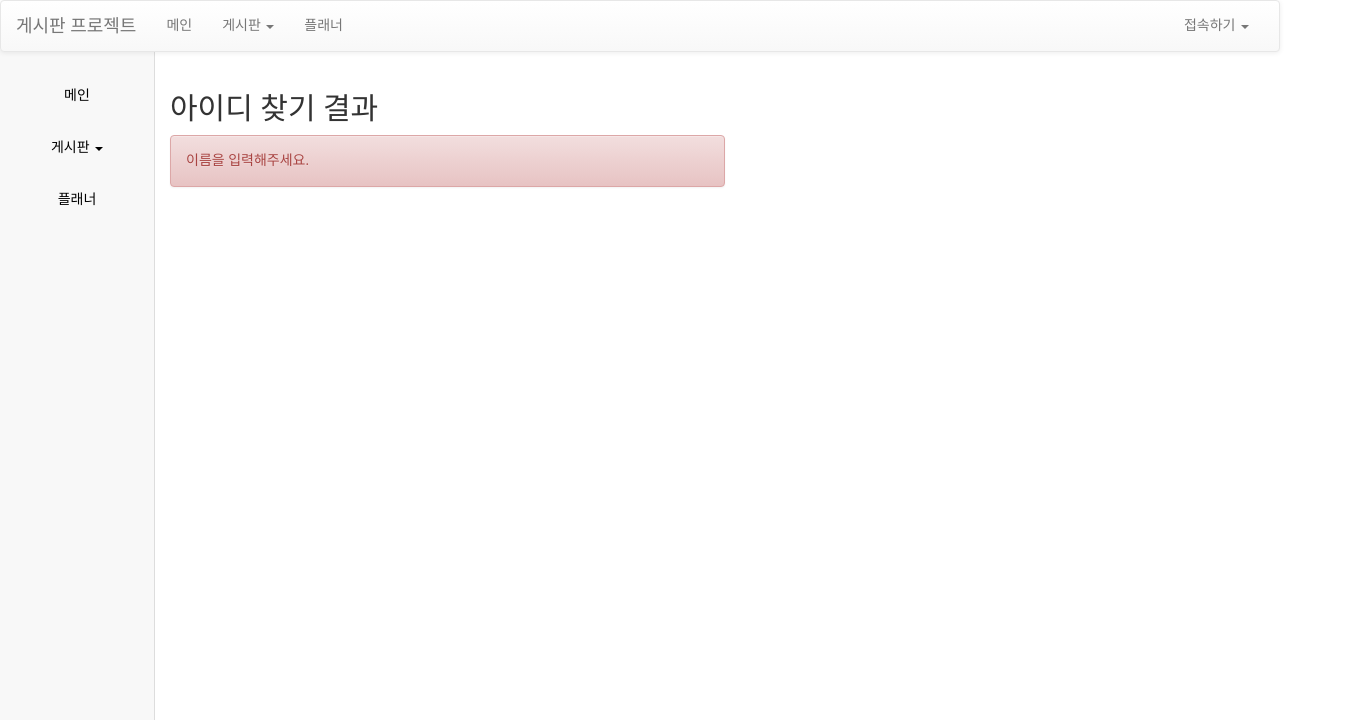
Repository: Seok7975/Project_PlannerSharingBoard
Page: http://localhost/ToDoList공유_게시판_ver3/id/findIdAction.jsp
An editor plug-in stored every save of this project. The page is shown before and after the next save, followed by the edit.
The browser window is 1280 px wide. The page is 1325 px wide, then 1370 px, then 1325 px, so the pictures cover 1370 px, including what lies to the right of the window. The pictures show the whole page.
Some web fonts or font styles are not loaded; a fallback is used. Some web libraries are served in a nearby version. The page is served by Tomcat 9.

Above is the page before, as saved 2024-07-05 08:34:20.

After the next save:
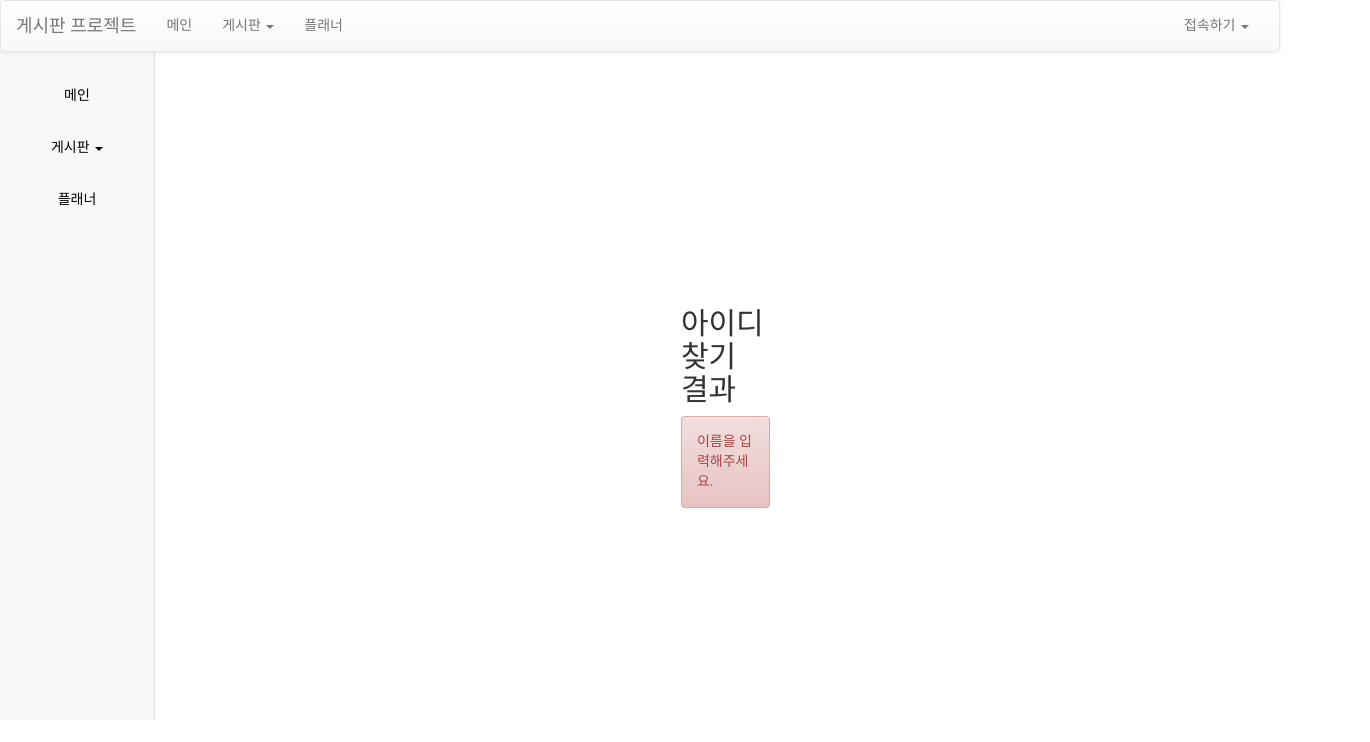
Saved 12 s later.
--- a/List_Projects_ver3/ToDoList공유 게시판_ver3/src/main/webapp/id/showUserID.jsp
+++ b/List_Projects_ver3/ToDoList공유 게시판_ver3/src/main/webapp/id/showUserID.jsp
@@ -17,6 +17,14 @@
     <link rel="stylesheet" href="css/jumbotronCustom.css">
     <title>아이디 찾기 결과</title>
     <style>
+
+    .main-content {
+    display: flex;
+    justify-content: center;
+    align-items: center;
+    height: calc(100vh - 50px); /* Adjust height according to the navbar height */
+    margin-left: 200px; /* Adjust according to sidebar width */
+}
     	/* 작은 화면일 때 스타일 조정 */
 @media (max-width: 767px) {
     .main-content {

After the save that followed:
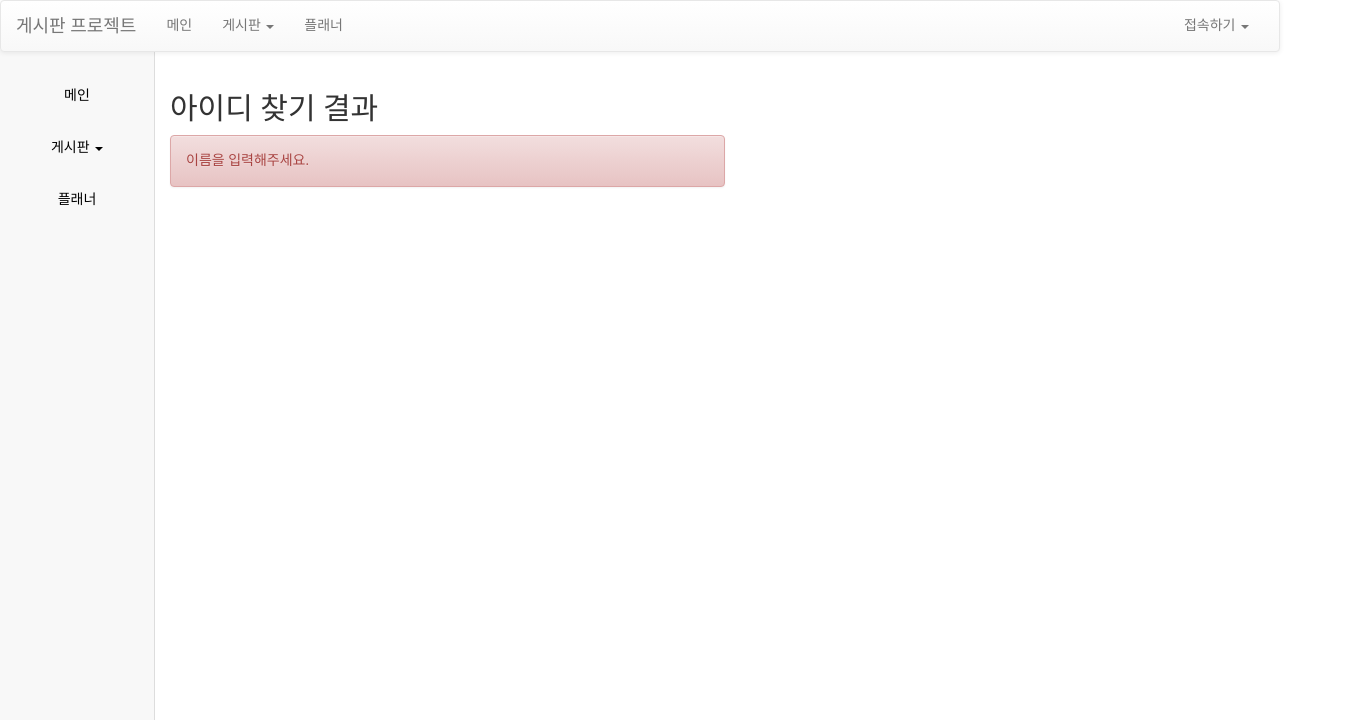
Saved 10 s later.
--- a/List_Projects_ver3/ToDoList공유 게시판_ver3/src/main/webapp/id/showUserID.jsp
+++ b/List_Projects_ver3/ToDoList공유 게시판_ver3/src/main/webapp/id/showUserID.jsp
@@ -18,13 +18,7 @@
     <title>아이디 찾기 결과</title>
     <style>
 
-    .main-content {
-    display: flex;
-    justify-content: center;
-    align-items: center;
-    height: calc(100vh - 50px); /* Adjust height according to the navbar height */
-    margin-left: 200px; /* Adjust according to sidebar width */
-}
+
     	/* 작은 화면일 때 스타일 조정 */
 @media (max-width: 767px) {
     .main-content {
